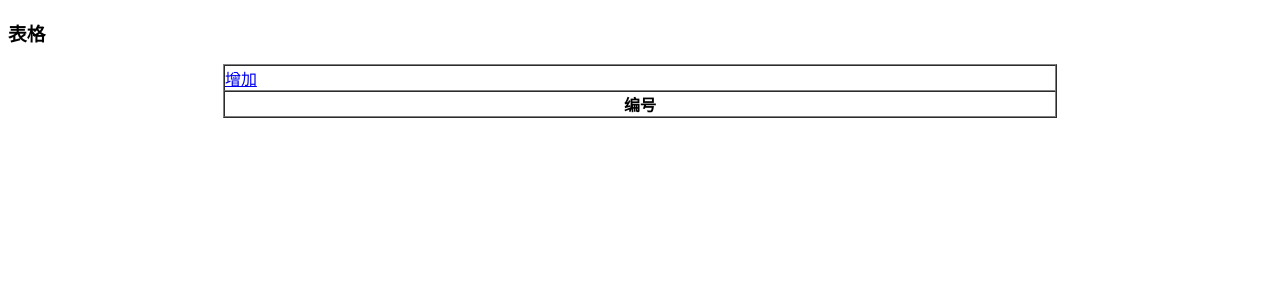
Repository: qyl1006/JavaApps
Page: workspace/web-01-html/WebContent/task02/list2.html
An editor plug-in stored every save of this project. The page is shown before and after the next save, followed by the edit.
The browser window is 1280 px wide. The pictures show the whole page.

Above is the page before, as saved 2018-03-02 07:33:54.

### workspace/web-01-html/WebContent/task02/list2.html
<!DOCTYPE html PUBLIC "-//W3C//DTD HTML 4.01 Transitional//EN" "http://www.w3.org/TR/html4/loose.dtd">
<html>
<head>
<meta http-equiv="Content-Type" content="text/html; charset=UTF-8">
<title>Insert title here</title>
</head>
<body>
	<h3>表格</h3>
	<table border="1" align="center" width="66%" cellpadding="0" cellspacing="0">
		<tr>
			<td>
				<a href="input2.html">增加</a>
			</td>
		</tr>

		<tr>
			<th>编号</th>
		</tr>
	</table>

</body>
</html>

After the next save:
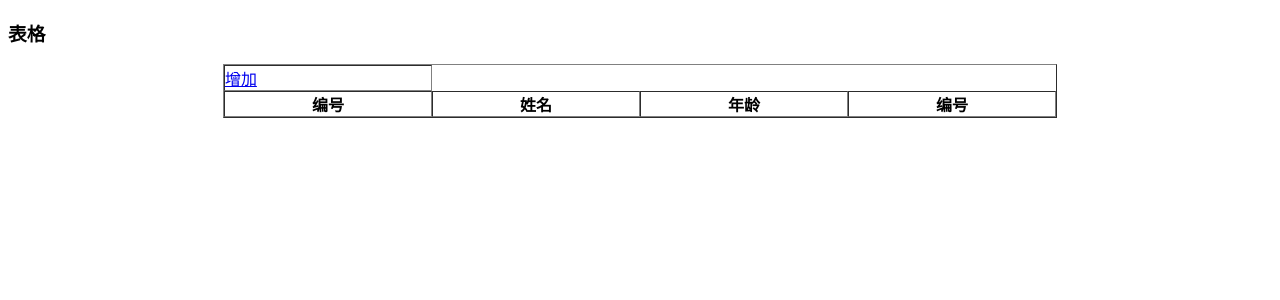
Saved 14 s later.
--- a/workspace/web-01-html/WebContent/task02/list2.html
+++ b/workspace/web-01-html/WebContent/task02/list2.html
@@ -15,6 +15,9 @@
 
 		<tr>
 			<th>编号</th>
+			<th>姓名</th>
+			<th>年龄</th>
+			<th>编号</th>
 		</tr>
 	</table>
 
